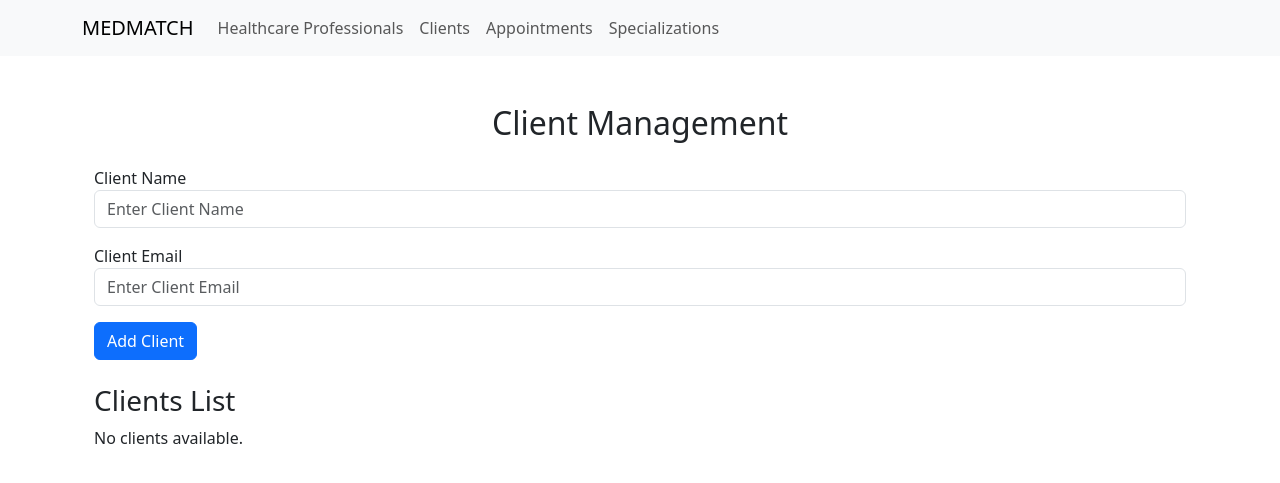
Repository: fahma20/medmatch-platform
Page: /clients (app in client/)
An editor plug-in stored every save of this project. The page is shown before and after a run of saves, followed by the edit.
The browser window is 1280 px wide. The pictures show the whole page.
The page's requests for data from a server got no answer. The project was rebuilt for these pictures with package versions that can differ from the ones it lists, and the page was loaded fresh each time. No one was signed in, and anything a server would have sent is missing. Also part of the build but not shown: client/src/components/Healthcareprofessionals.js, client/src/components/Specializations.js, client/src/components/Appointments.js, client/src/components/Homepage.js.

Above is the page before, as saved 2025-01-31 08:29:33.

After the next 2 saves:
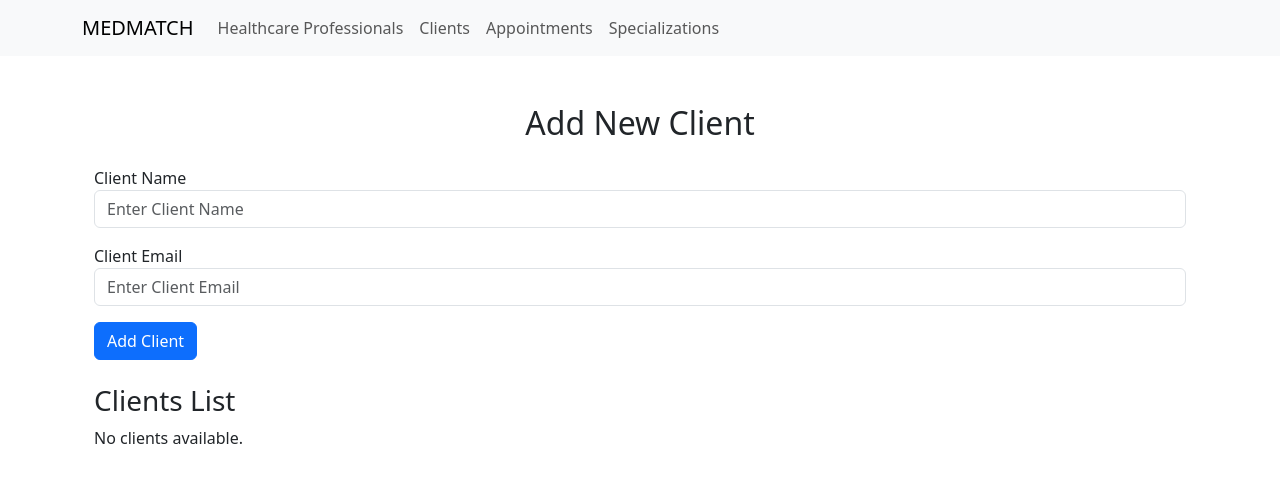
The 2 saves are shown as one change because they came seconds apart.
The last was saved 3 min 25 s later.
--- a/client/src/components/Clients.js
+++ b/client/src/components/Clients.js
@@ -169,9 +169,11 @@ export default Clients;
 import React, { useState, useEffect } from 'react';
 import { Formik, Field, Form, ErrorMessage } from 'formik';
 import * as Yup from 'yup';
-
-const Client = () => {
+import { Link } from 'react-router-dom';
+
+const Clients = () => {
   const [clients, setClients] = useState([]);
+  const [editingClient, setEditingClient] = useState(null);
 
   // Fetch clients from backend
   useEffect(() => {
@@ -193,11 +195,21 @@ const Client = () => {
     email: Yup.string().email('Invalid email format').required('Email is required'),
   });
 
-  // Handle form submission (create new client)
+  // Handle form submission (create or update client)
   const handleSubmit = async (values, { resetForm }) => {
     try {
-      const response = await fetch('http://127.0.0.1:5000/api/clients', {
-        method: 'POST',
+      let response;
+      let method = 'POST';
+      let url = 'http://127.0.0.1:5000/api/clients';
+
+      if (editingClient) {
+        // Update existing client
+        method = 'PUT';
+        url = `http://127.0.0.1:5000/api/clients/${editingClient.id}`;
+      }
+
+      response = await fetch(url, {
+        method: method,
         headers: {
           'Content-Type': 'application/json',
         },
@@ -205,15 +217,23 @@ const Client = () => {
       });
 
       if (!response.ok) {
-        console.error('Error adding client:', response);
+        console.error('Error saving client:', response);
         return;
       }
 
-      const newClient = await response.json();
-      setClients((prevClients) => [...prevClients, newClient]);
+      const savedClient = await response.json();
+
+      if (editingClient) {
+        setClients(clients.map((client) =>
+          client.id === savedClient.id ? savedClient : client
+        ));
+        setEditingClient(null); // Reset after updating
+      } else {
+        setClients((prevClients) => [...prevClients, savedClient]);
+      }
       resetForm();
     } catch (error) {
-      console.error('Error adding client:', error);
+      console.error('Error saving client:', error);
     }
   };
 
@@ -235,15 +255,20 @@ const Client = () => {
     }
   };
 
+  // Handle editing a client (pre-fill form with client details)
+  const handleEdit = (client) => {
+    setEditingClient(client);
+  };
+
   return (
     <div className="container mt-5">
-      <h2 className="text-center mb-4">Client Management</h2>
-
-      {/* Form for adding new clients */}
+      <h2 className="text-center mb-4">{editingClient ? 'Edit Client' : 'Add New Client'}</h2>
+
+      {/* Form for adding/updating clients */}
       <Formik
         initialValues={{
-          name: '',
-          email: '',
+          name: editingClient ? editingClient.name : '',
+          email: editingClient ? editingClient.email : '',
         }}
         validationSchema={validationSchema}
         onSubmit={handleSubmit}
@@ -273,7 +298,7 @@ const Client = () => {
             <ErrorMessage name="email" component="div" className="text-danger" />
           </div>
 
-          <button type="submit" className="btn btn-primary">Add Client</button>
+          <button type="submit" className="btn btn-primary">{editingClient ? 'Update Client' : 'Add Client'}</button>
         </Form>
       </Formik>
 
@@ -288,12 +313,20 @@ const Client = () => {
               <div className="card-body">
                 <h5 className="card-title">{client.name}</h5>
                 <p className="card-text"><strong>Email:</strong> {client.email}</p>
-                <button
-                  className="btn btn-danger"
-                  onClick={() => handleDelete(client.id)}
-                >
-                  Delete
-                </button>
+                <div>
+                  <button
+                    className="btn btn-warning btn-sm me-2"
+                    onClick={() => handleEdit(client)}
+                  >
+                    Edit
+                  </button>
+                  <button
+                    className="btn btn-danger btn-sm"
+                    onClick={() => handleDelete(client.id)}
+                  >
+                    Delete
+                  </button>
+                </div>
               </div>
             </div>
           ))
@@ -303,4 +336,4 @@ const Client = () => {
   );
 };
 
-export default Client;
+export default Clients;
